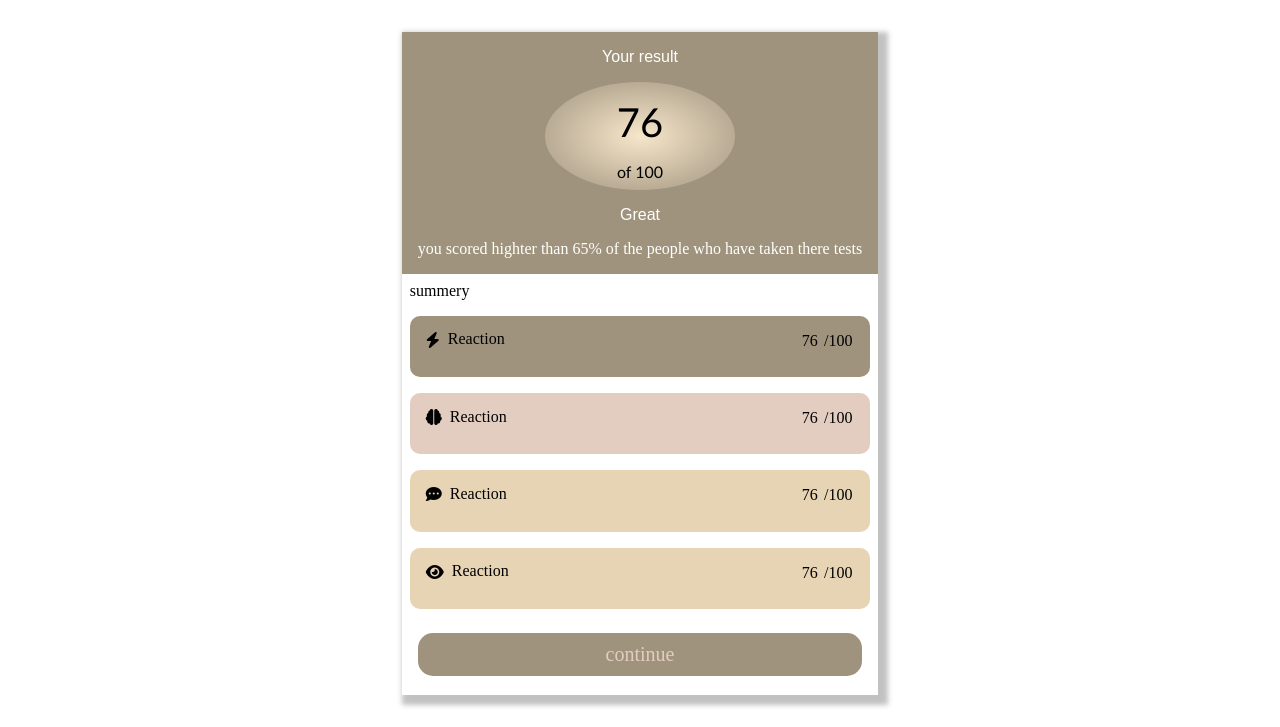
Repository: rahanwz/Card2-raha
Page: card2.html
An editor plug-in stored every save of this project. The page is shown before and after a run of saves, followed by the edit.
The browser window is 1280 px wide. The pictures show the whole page.
Some web fonts or font styles are not loaded; a fallback is used. Some web libraries are served in a nearby version.

Above is the page before, as saved 2024-02-21 16:28:10.

After the next 2 saves:
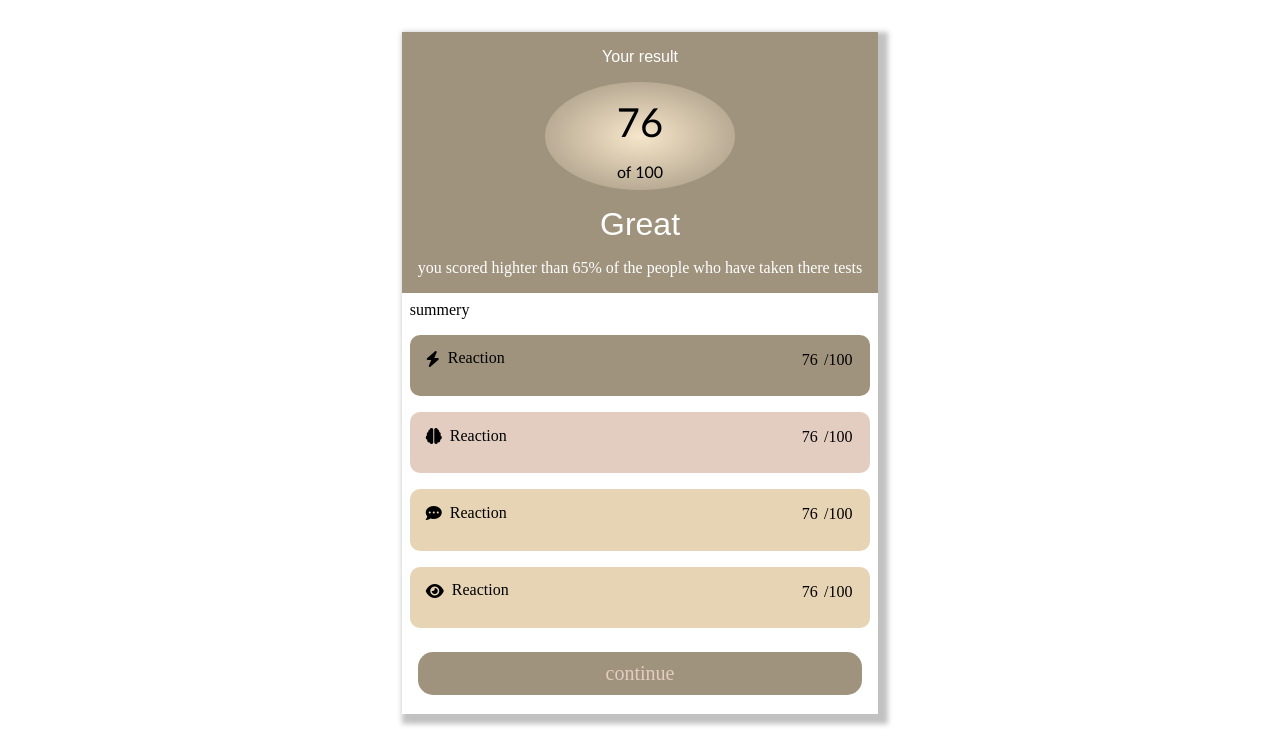
The 2 saves are shown as one change because they came seconds apart.
The last was saved 14 s later.
--- a/card2.html
+++ b/card2.html
@@ -23,7 +23,7 @@
           </div>
           <p style="padding-top: 1rem; color: #fff; font-family:Protest Riot, sans-serif;
   font-weight: 400;
-  font-style: normal;">Great</p>
+  font-style: normal;font-size: 2rem;">Great</p>
           <p class="describ" style="color: #fff">
             you scored highter than 65% of the people who have taken there tests
           </p>
